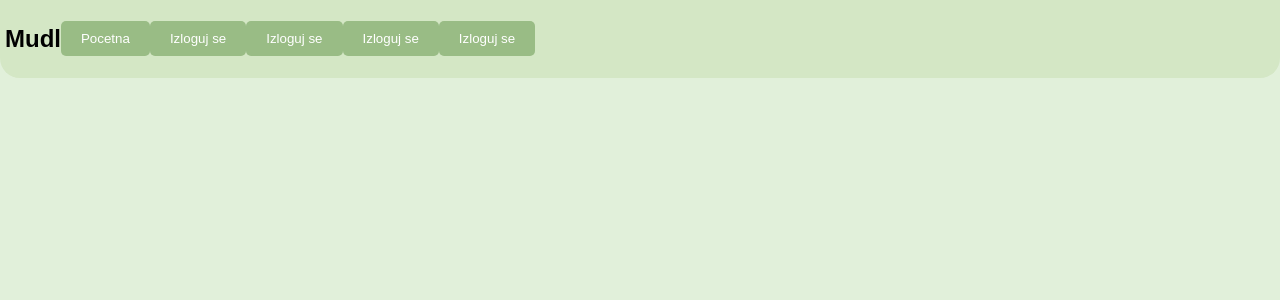
Repository: MarkoKillin/RazvojInformacionihSistemaProjekat
Page: http://localhost/MudlWeb/headers/admin_header.jsp
An editor plug-in stored every save of this project. The page is shown before and after the next save, followed by the edit.
The browser window is 1280 px wide. The pictures show the whole page.
The page is served by Tomcat 10.

Above is the page before, as saved 2024-01-28 17:42:25.

After the next save:
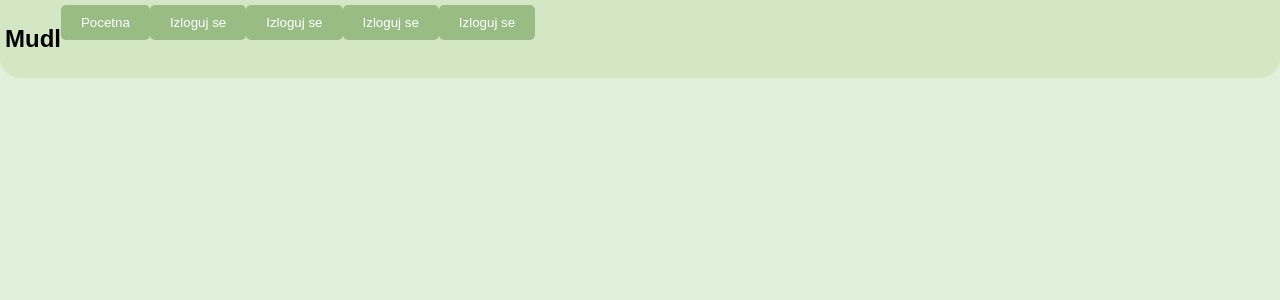
Saved 27 s later.
--- a/MudlWeb/src/main/webapp/css/styles.css
+++ b/MudlWeb/src/main/webapp/css/styles.css
@@ -20,7 +20,6 @@ header {
 	padding: 5px;
 	display: flex;
 	flex-direction: row;
-	align-items: center;
 	border-bottom-left-radius: 20px;
 	border-bottom-right-radius: 20px;
 }
